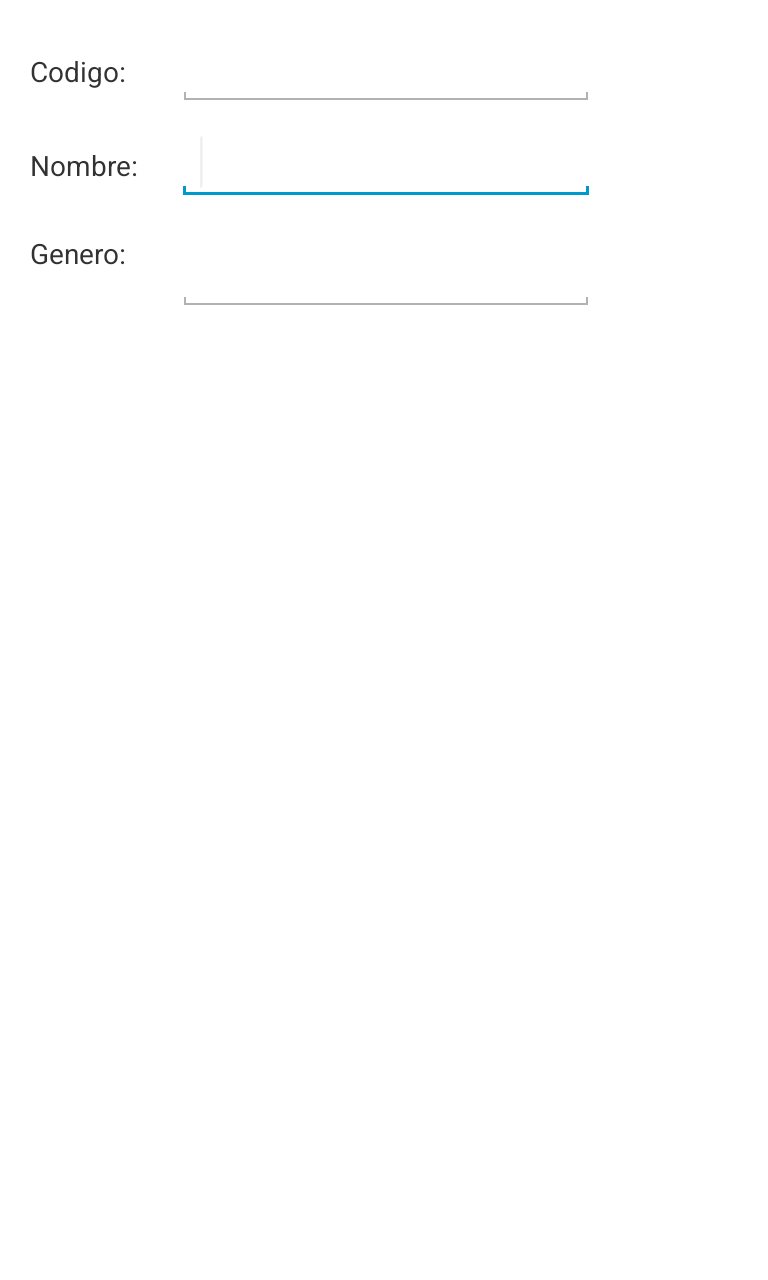
Repository: unknoman/javaAndroidDesempenos
Layout: parcial2h/res/layout/activity_main.xml
The author's editor kept a copy of each file at every save. The layout is drawn from the files as they stood at one save, then again after the next save.
It is drawn on a 768 x 1280 px phone screen (xhdpi) without system bars, with theme AppTheme; the app's code is not run.

Above is the layout before, as saved 2022-06-16 06:16:46.

### parcial2h/res/layout/activity_main.xml
<RelativeLayout xmlns:android="http://schemas.android.com/apk/res/android"
    xmlns:tools="http://schemas.android.com/tools"
    android:layout_width="match_parent"
    android:layout_height="match_parent"
    tools:context=".MainActivity" >

    <TextView
        android:id="@+id/textView2"
        android:layout_width="wrap_content"
        android:layout_height="wrap_content"
        android:layout_alignParentLeft="true"
        android:layout_below="@+id/textView1"
        android:layout_marginLeft="15dp"
        android:layout_marginTop="28dp"
        android:text="Nombre:" />

    <TextView
        android:id="@+id/textView1"
        android:layout_width="wrap_content"
        android:layout_height="wrap_content"
        android:layout_alignLeft="@+id/textView2"
        android:layout_alignParentTop="true"
        android:layout_marginTop="26dp"
        android:text="Codigo:" />

    <TextView
        android:id="@+id/textView3"
        android:layout_width="wrap_content"
        android:layout_height="wrap_content"
        android:layout_alignRight="@+id/textView1"
        android:layout_below="@+id/textView2"
        android:layout_marginTop="25dp"
        android:text="Genero:" />

    <EditText
        android:id="@+id/et1"
        android:layout_width="wrap_content"
        android:layout_height="wrap_content"
        android:layout_alignBaseline="@+id/textView1"
        android:layout_alignBottom="@+id/textView1"
        android:layout_marginLeft="19dp"
        android:layout_toRightOf="@+id/textView2"
        android:ems="10"
        android:inputType="number" />

    <EditText
        android:id="@+id/et2"
        android:layout_width="wrap_content"
        android:layout_height="wrap_content"
        android:layout_alignBaseline="@+id/textView2"
        android:layout_alignBottom="@+id/textView2"
        android:layout_alignLeft="@+id/et1"
        android:ems="10" >

        <requestFocus />
    </EditText>

    <EditText
        android:id="@+id/et3"
        android:layout_width="wrap_content"
        android:layout_height="wrap_content"
        android:layout_alignLeft="@+id/et2"
        android:layout_alignTop="@+id/textView3"
        android:ems="10" />

</RelativeLayout>

Loaded but not shown: parcial2h/res/values/styles.xml (common file); parcial2h/res/values-v11/styles.xml (common file); parcial2h/res/values-v14/styles.xml (common file)

After the next save:
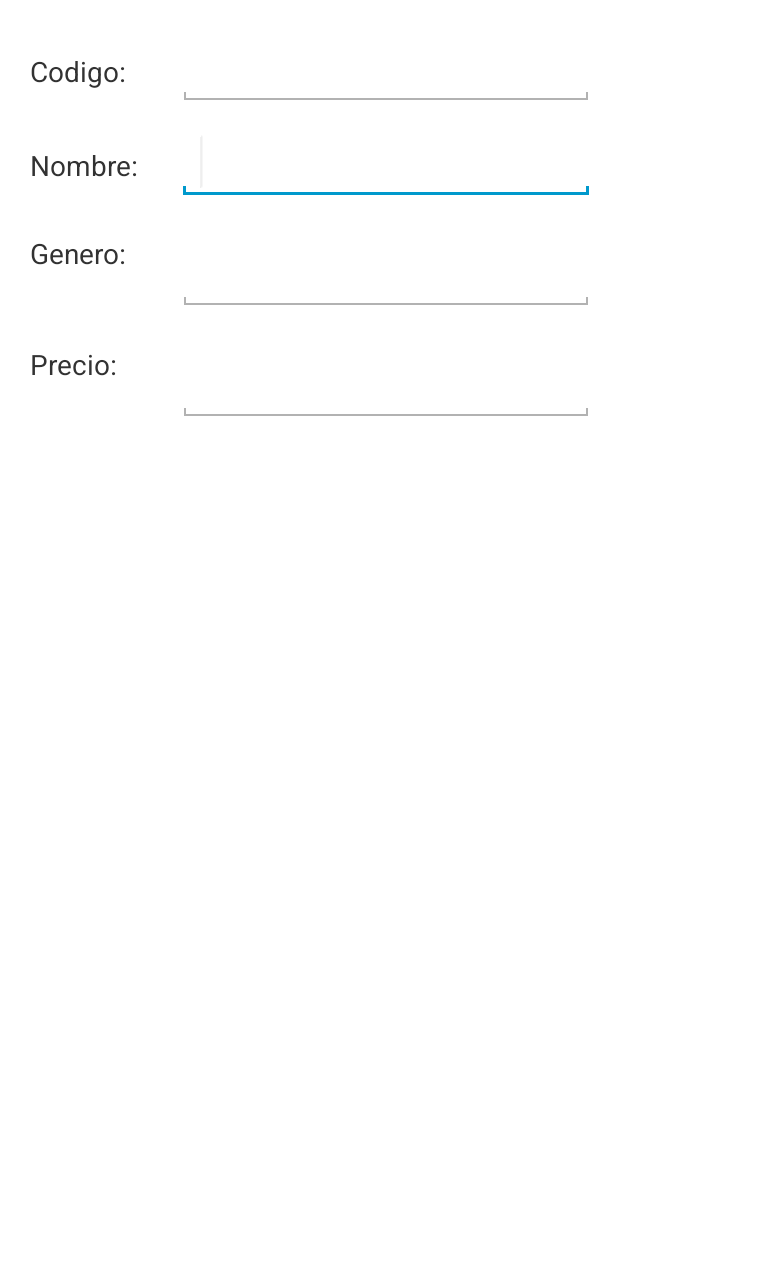
Saved 78 s later.
--- a/parcial2h/res/layout/activity_main.xml
+++ b/parcial2h/res/layout/activity_main.xml
@@ -63,4 +63,22 @@
         android:layout_alignTop="@+id/textView3"
         android:ems="10" />
 
+    <TextView
+        android:id="@+id/textView4"
+        android:layout_width="wrap_content"
+        android:layout_height="wrap_content"
+        android:layout_alignLeft="@+id/textView3"
+        android:layout_below="@+id/et3"
+        android:layout_marginTop="16dp"
+        android:text="Precio:" />
+
+    <EditText
+        android:id="@+id/editText1"
+        android:layout_width="wrap_content"
+        android:layout_height="wrap_content"
+        android:layout_alignLeft="@+id/et3"
+        android:layout_alignTop="@+id/textView4"
+        android:ems="10"
+        android:inputType="numberDecimal" />
+
 </RelativeLayout>
